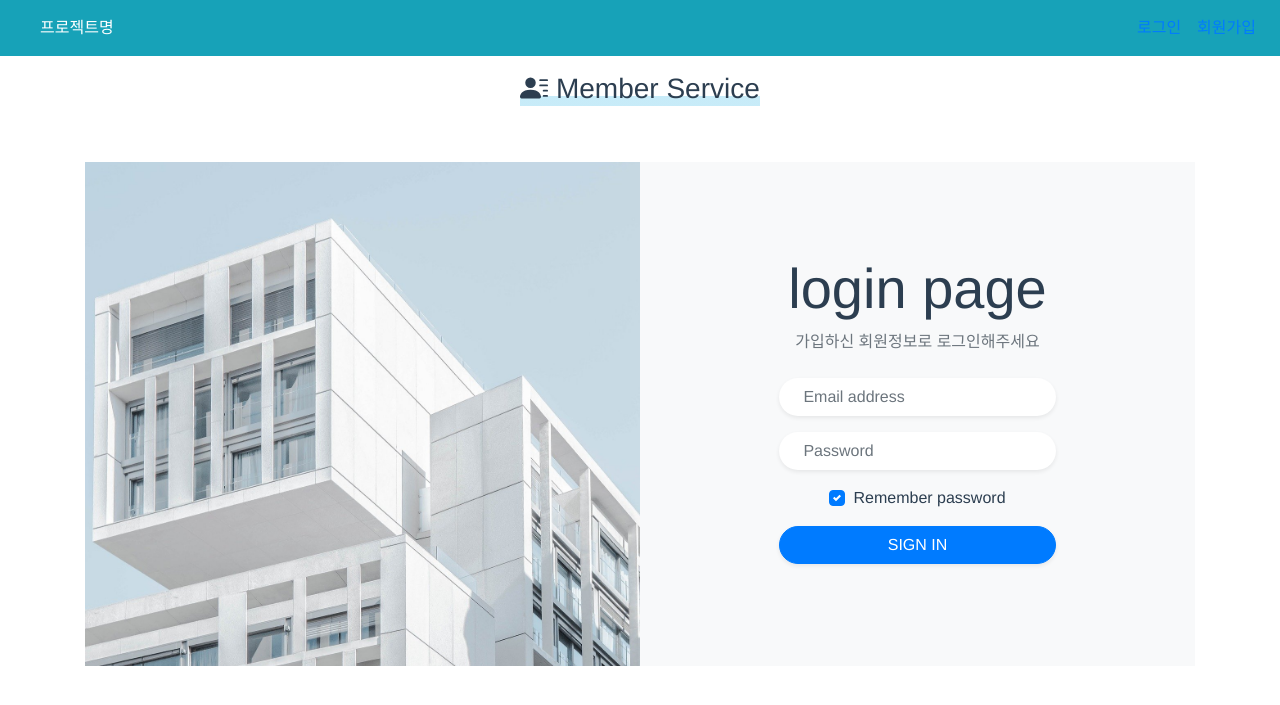
Repository: cheery72/Project_Real_estate
Page: /user/singin (app in frontend/)
The author's editor kept a copy of each file at every save. The page is drawn from the files as they stood at one save, then again after the next save.
The browser window is 1280 px wide. The pictures show the whole page.
The project was rebuilt for these pictures with package versions that can differ from the ones it lists, and the page was loaded fresh each time. Also part of the build but not shown: frontend/vue.config.js, frontend/src/components/user/child/MemberJoinForm.vue, frontend/src/components/user/MemberJoin.vue, frontend/src/components/user/child/MemberInfoForm.vue, frontend/src/components/user/MemberMyPage.vue, frontend/src/components/user/BookMarkListRow.vue, frontend/src/components/user/MemberMyBookmark.vue. Imported but missing from the stored project, and not drawn on this page: frontend/src/views/Home.vue.

Above is the page before, as saved 2021-11-25 11:14:22.

### frontend/src/main.js
import Vue from "vue";
import App from "./App.vue";
import router from "./router";
import store from "./store";
import { BootstrapVue, IconsPlugin } from "bootstrap-vue";
import memberStore from "@/store/modules/memberStore";
import "bootstrap/dist/css/bootstrap.css";
import "bootstrap-vue/dist/bootstrap-vue.css";

// Make BootstrapVue available throughout your project
Vue.use(BootstrapVue);
// Optionally install the BootstrapVue icon components plugin
Vue.use(IconsPlugin);

Vue.config.productionTip = false;

new Vue({
  router,
  store,
  async beforeCreate() {
    let token = sessionStorage.getItem("access-token");
    if (memberStore.state.userInfo == null && token) {
      await memberStore.dispatch("getUserInfo", token);
    }
  },

  render: (h) => h(App),
}).$mount("#app");

### frontend/src/App.vue
<template>
  <div id="app">
    <nav-bar />
    <router-view />
  </div>
</template>

<script>
import NavBar from "@/components/layout/NavBar.vue"

export default {
  components:{
    NavBar,
  }
}

</script>

<style>
#app {
  font-family: Avenir, Helvetica, Arial, sans-serif;
  -webkit-font-smoothing: antialiased;
  -moz-osx-font-smoothing: grayscale;
  text-align: center;
  color: #2c3e50;
}

#nav {
  padding: 30px;
}

#nav a {
  font-weight: bold;
  color: #2c3e50;
}

#nav a.router-link-exact-active {
  color: #42b983;
}
</style>

### frontend/src/router/index.js
import Vue from "vue";
import VueRouter from "vue-router";
import Home from "../views/Home.vue";

import Member from "@/views/Member.vue";
import MemberJoin from "@/components/user/MemberJoin.vue";
import MemberLogin from "@/components/user/MemberLogin.vue";

import MemberMyPage from "@/components/user/MemberMyPage.vue";
import MemberMyBookmark from "@/components/user/MemberMyBookmark.vue";
import store from "@/store/index.js";

// https://router.vuejs.org/kr/guide/advanced/navigation-guards.html
const onlyAuthUser = async (to, from, next) => {
  //어디로 갈건지, 이전, 다음페이지
  // console.log(store);
  const checkUserInfo = store.getters["memberStore/checkUserInfo"]; //checkUserInfo의 리턴값을 가져와라
  const getUserInfo = store._actions["memberStore/getUserInfo"]; //getUserInfo의 리턴값을 가져와라
  let token = sessionStorage.getItem("access-token");
  if (checkUserInfo == null && token) {
    await getUserInfo(token); //서버에 가서 정상적인 토큰인지 검사해라 .. 여기서 정상적인사람이면 서버가 UserInfo를 준다.
  }
  if (checkUserInfo === null) {
    //서버에 갔다왔는데도 null이면...
    alert("로그인이 필요한 페이지입니다..");
    // next({ name: "SignIn" });
    router.push({ name: "SignIn" });
  } else {
    //정상적인 사람이니까 다음페이지로 갈수 있도록 적용(밑에 beforeEnter붙은 것들)
    console.log("로그인 했다.");
    next();
  }
};


Vue.use(VueRouter);

const routes = [
  {
    path: "/",
    name: "Home",
    component: Home,
  },
  {
    path: "/user",
    name: "Member",
    component: Member,
    children: [
      {
        path: "singin",
        name: "SignIn",
        component: MemberLogin,
      },
      {
        path: "singup",
        name: "SignUp",
        component: MemberJoin,
      },
      {
        path: "mybookmark",
        name: "MyBookmark",
        component: MemberMyBookmark,
      },
      {
        path: "mypage",
        name: "MyPage",
        beforeEnter: onlyAuthUser,
        component: MemberMyPage,
      },
    ],
  },
];

const router = new VueRouter({
  mode: "history",
  base: process.env.BASE_URL,
  routes,
});

export default router;

### frontend/src/store/index.js
import Vue from "vue";
import Vuex from "vuex";
import http from "@/js/http-common.js";
import createPersistedState from "vuex-persistedstate";
import memberStore from "@/store/modules/memberStore.js";

Vue.use(Vuex);

export default new Vuex.Store({
  state: {
    sidos: [{ value: null, text: "선택하세요" }],
    guguns: [{ value: null, text: "선택하세요" }],
    dongs: [{ value: null, text: "선택하세요" }],
    apts: [],
    apt: null,
    positions: [],
    cctvs: [],
    dongName: null,
    subways: [],
    schools: [],
    // bookmark: null,
    // bookmarks: [],
  },
  mutations: {
    // 시도 리스트
    SET_SIDO_LIST(state, sidos) {
      sidos.forEach((sido) => {
        state.sidos.push({ value: sido.sidoCode, text: sido.sidoName });
      });
    },
    CLEAR_SIDO_LIST(state) {
      state.guguns = [{ value: null, text: "선택하세요" }];
    },
    // 구군 리스트
    SET_GUGUN_LIST(state, guguns) {
      guguns.forEach((gugun) => {
        state.guguns.push({ value: gugun.gugunCode, text: gugun.gugunName });
      });
    },
    CLEAR_GUGUN_LIST(state) {
      state.guguns = [{ value: null, text: "선택하세요" }];
    },
    // 동 리스트
    SET_DONG_LIST(state, dongs) {
      dongs.forEach((dong) => {
        state.dongs.push({
          value: [dong.dongCode, dong.dongName],
          text: dong.dongName,
        });
      });
    },
    CLEAR_DONG_LIST(state) {
      state.dongs = [{ value: null, text: "선택하세요" }];
    },
    // 해당 구,동 아파트 리스트
    SET_APT_LIST(state, apts) {
      state.apts = apts;
      state.dongName = apts[0].dongName;
    },
    CLEAR_APT_LIST(state) {
      state.positions = [];
    },
    // 아파트 선택시 세부사항
    SET_DETAIL_APT(state, apt) {
      state.apt = apt;
    },
    // cctv 정보
    SET_CCTV_LIST(state, cctv) {
      state.cctvs = cctv;
    },
    // 지하철 정보
    SET_SUBWAY_LIST(state, subway) {
      state.subways = subway;
    },
    // 학교 정보
    SET_SCHOOL_LIST(state, school) {
      state.schools = school;
    },
    // SET_DETAIL_BOOKMARK(state, apt) {
    //   state.bookmark = apt;

    // }
  },
  actions: {
    // 셀렉트바 시도 가져오기
    getSido({ commit }) {
      http
        .get(`/apt/sido`)
        .then((response) => {
          commit("SET_SIDO_LIST", response.data);
        })
        .catch((error) => {
          console.log(error);
        });
    },
    getGugun({ commit }, sidoCode) {
      const params = { sido: sidoCode };
      http
        .get(`/apt/gugun`, { params })
        .then((response) => {
          commit("SET_GUGUN_LIST", response.data);
        })
        .catch((error) => {
          console.log(error);
        });
    },
    getDong({ commit }, gugunCode) {
      const params = { gugun: gugunCode };
      http
        .get(`/apt/dongname`, { params })
        .then((response) => {
          commit("SET_DONG_LIST", response.data);
        })
        .catch((error) => {
          console.log(error);
        });
    },
    getAptList({ commit }, dongCode) {
      const params = { dong: dongCode };
      http
        .get(`/apt/aptinfo`, { params })
        .then((response) => {
          commit("SET_APT_LIST", response.data);
        })
        .catch((error) => {
          console.log(error);
        });
    },
    getCctvList({ commit }, dongName) {
      const params = { dong: dongName };
      http
        .get(`/cctv/cctvinfo`, { params })
        .then((response) => {
          commit("SET_CCTV_LIST", response.data);
        })
        .catch((error) => {
          console.log(error);
        });
    },
    getSubwayList({ commit }) {
      http
        .get(`/subway/subwayinfo`)
        .then((response) => {
          commit("SET_SUBWAY_LIST", response.data);
        })
        .catch((error) => {
          console.log(error);
        });
    },
    getSchoolList({ commit }, dongName) {
      const params = { dong: dongName };
      http
        .get(`/school/schoolinfo`, { params })
        .then((response) => {
          commit("SET_SCHOOL_LIST", response.data);
        })
        .catch((error) => {
          console.log(error);
        });
    },
    // detailBookmark({ commit }, apt) {
    //   commit("SET_DETAIL_BOOKMARK", apt)

    // }
  },
  modules: { memberStore },
  plugins: [
    createPersistedState({
      // 브라우저 종료시 제거하기 위해 localStorage가 아닌 sessionStorage로 변경. (default: localStorage)
      storage: sessionStorage,
    }),
  ],
});

### frontend/src/store/modules/memberStore.js
import jwt_decode from "jwt-decode";
import { login } from "@/api/member.js";
import { findById } from "@/api/member";
import http from "@/js/http-common.js";


const memberStore = {
  namespaced: true,
  state: {
    isLogin: false,
    isLoginError: false,
    userInfo: null,
    bookmark: [],
    bookmarks: [],
  },
  getters: {
    checkUserInfo: function (state) {
      return state.userInfo;
    },
  },
  mutations: {
    SET_IS_LOGIN: (state, isLogin) => {
      state.isLogin = isLogin;
    },
    SET_IS_LOGIN_ERROR: (state, isLoginError) => {
      state.isLoginError = isLoginError;
    },
    SET_USER_INFO: (state, userInfo) => {
      state.isLogin = true;
      state.userInfo = userInfo;
    },
    SET_BOOKMARK_LIST(state, apt){
      // 배열에 추가
      state.bookmark.push(apt);
    },
    SET_BOOKMARK_INFO(state, mark){
      // state.bookmarks = mark;
      state.bookmarks.push(mark);
    },
    SET_BOOKMARK_LIST_INFO(state, bookmarklist) {
      state.bookmarks = bookmarklist;
    }
  },
  actions: {
    async userConfirm({ commit }, user) {
      await login(
        user,
        (response) => {
          if (response.data.message === "success") {
            let token = response.data["access-token"];
            commit("SET_IS_LOGIN", true);
            commit("SET_IS_LOGIN_ERROR", false);
            sessionStorage.setItem("access-token", token);

          } else {
            commit("SET_IS_LOGIN", false);
            commit("SET_IS_LOGIN_ERROR", true);
          }
        },
        () => {}
      );
    },
    getUserInfo({ commit }, token) {
      let decode_token = jwt_decode(token);
      findById(
        decode_token.userid,
        (response) => {
          if (response.data.message === "success") {
            commit("SET_USER_INFO", response.data.userInfo);
          } else {
            console.log("유저 정보 없음!!");
          }
        },
        (error) => {
          console.log(error);
        }
      );
    },
    getBookmark({ commit }, mark) {//등록

      let decode_token = jwt_decode(sessionStorage.getItem("access-token"));

      const params = { bookmark: mark.aptCode, accesstoken: decode_token.userid };
      console.log("파라미터출력",params);

      http
      .post(`/bookmark/register`, params)
      .then((response) => {
        console.log("response출력");
        console.log(response.data);
        commit("SET_BOOKMARK_INFO", response.data);
      }).catch((error) => {
        console.log("에러출력");
        console.log(error);
      })
    },

    getBookmarkList({ commit }) {

      let decode_token = jwt_decode(sessionStorage.getItem("access-token"));
      const userid= decode_token.userid;

      http.get(`/bookmark/list/${userid}`).then(({ data }) => {

        console.log("북마크조회 결과", data);
        commit("SET_BOOKMARK_LIST_INFO", data.result);
         });

    }
  },
};

export default memberStore;

### frontend/src/components/layout/NavBar.vue
<template>
  <div>
  <b-navbar toggleable="lg" type="dark" variant="info">
    <b-navbar-brand href="#"></b-navbar-brand>

    <b-navbar-toggle target="nav-collapse"></b-navbar-toggle>

    <b-collapse id="nav-collapse" is-nav>
      <b-navbar-nav>
        <b-nav-item href="#"
            ><router-link :to="{ name: 'Home' }" class="link" style="color: white"
            >프로젝트명</router-link
            ></b-nav-item
          >
      </b-navbar-nav>

      <!-- Right aligned nav items -->
      <b-navbar-nav class="ml-auto" v-if="userInfo">
          <b-nav-item class="align-self-center"
            ><b-avatar
              variant="primary"
              v-text="userInfo ? userInfo.userid.charAt(0).toUpperCase() : ''"
            ></b-avatar
            >{{ userInfo.username }}({{ userInfo.userid }})님
            환영합니다.</b-nav-item
          >
          <b-nav-item class="align-self-center"
            ><router-link
              :to="{ name: 'MyPage' }"
              class="link align-self-center" style="color: white"
              >내정보보기</router-link
            ></b-nav-item
          >
           <b-nav-item href="#" class="link align-self-center"
            ><router-link :to="{ name: 'MyBookmark' }" class="link" style="color: white"
              >내관심지역</router-link
            ></b-nav-item
          >
          <b-nav-item
            class="link align-self-center"
            @click.prevent="onClickLogout"
            >로그아웃</b-nav-item
          >
        </b-navbar-nav>

        <!-- Right aligned nav items -->
        <b-navbar-nav class="ml-auto" v-else>
          <b-nav-item href="#"
            ><router-link :to="{ name: 'SignIn' }" class="link"
              >로그인</router-link
            ></b-nav-item
          >

          <b-nav-item href="#"
            ><router-link :to="{ name: 'SignUp' }" class="link"
              >회원가입</router-link
            ></b-nav-item
          >
        </b-navbar-nav>
    </b-collapse>
  </b-navbar>
</div>
</template>

<script>
import { mapState, mapMutations } from "vuex";

const memberStore = "memberStore";

export default {
  name: "NavBar",
  computed: {
    ...mapState(memberStore, ["isLogin", "userInfo"]),
  },
  methods: {
    ...mapMutations(memberStore, ["SET_IS_LOGIN", "SET_USER_INFO"]),
    onClickLogout() {
      this.SET_IS_LOGIN(false);
      this.SET_USER_INFO(null);
      sessionStorage.removeItem("access-token");
      if (this.$route.path != "/") this.$router.push({ name: "Home" });
    },
  },
};
</script>

<style>
a {
  color:azure;
}
</style>

### frontend/src/views/Member.vue
<template>
  <b-container class="bv-example-row mt-3 text-center">
    <h3 class="underline-steelblue">
      <b-icon icon="person-lines-fill"></b-icon> Member Service
    </h3>
    <router-view></router-view>
  </b-container>
</template>

<script>
export default {
  name: "Member",
};
</script>

<style scoped>
.underline-steelblue {
  display: inline-block;
  background: linear-gradient(
    180deg,
    rgba(255, 255, 255, 0) 70%,
    rgba(72, 190, 233, 0.3) 30%
  );
}
</style>

### frontend/src/components/user/MemberLogin.vue
<template>

 <div class="container-fluid">
   <br>
   <br>
    <div class="row no-gutter">
        <!-- The image half -->
        <div class="col-md-6 d-none d-md-flex bg-image"></div>


        <!-- The content half -->
        <div class="col-md-6 bg-light">
            <div class="login d-flex align-items-center py-5">

                <!-- Demo content-->
                <div class="container">
                    <div class="row">
                        <div class="col-lg-10 col-xl-7 mx-auto">
                            <h2 class="display-4">login page</h2>
                            <p class="text-muted mb-4">가입하신 회원정보로 로그인해주세요</p>
                            <form>
                                <div class="form-group mb-3">
                                    <input id="inputEmail" type="email" placeholder="Email address" required="" autofocus="" class="form-control rounded-pill border-0 shadow-sm px-4">
                                </div>
                                <div class="form-group mb-3">
                                    <input id="inputPassword" type="password" placeholder="Password" required="" class="form-control rounded-pill border-0 shadow-sm px-4 text-primary">
                                </div>
                                <div class="custom-control custom-checkbox mb-3">
                                    <input id="customCheck1" type="checkbox" checked class="custom-control-input">
                                    <label for="customCheck1" class="custom-control-label">Remember password</label>
                                </div>
                                <button type="submit" class="btn btn-primary btn-block text-uppercase mb-2 rounded-pill shadow-sm">Sign in</button>

                            </form>
                        </div>
                    </div>
                </div><!-- End -->

            </div>
        </div><!-- End -->

    </div>
</div>
</template>
<style>
.login,
.image {
  min-height: 70vh;
}

.bg-image {
  /* //background-image: url('https://therichpost.com/wp-content/uploads/2021/02/login-split.jpg'); */
  background-image: url("../../assets/apartment.jpg");
  background-size: cover;
  background-position: center center;
}
</style>



<script>
import { mapState, mapActions } from "vuex";

const memberStore = "memberStore";

export default {
  name: "MemberLogin",
  data() {
    return {
      user: {
        userid: null,
        userpwd: null,
      },
    };
  },
  computed: {
    ...mapState(memberStore, ["isLogin", "isLoginError"]),
  },
  methods: {
    ...mapActions(memberStore, ["userConfirm", "getUserInfo"]),
    async confirm() {
      await this.userConfirm(this.user);
      let token = sessionStorage.getItem("access-token");
      if (this.isLogin) {
        await this.getUserInfo(token);
        this.$router.push({ name: "Home" });
      }
    },
    movePage() {
      this.$router.push({ name: "SignUp" });
    },
  },
};
</script>

<style></style>

### frontend/src/api/member.js
import { apiInstance } from "./index.js";

const api = apiInstance();

async function login(user, success, fail) {
    await api
        .post(`/user/login`, JSON.stringify(user))
        .then(success)
        .catch(fail);
}

async function findById(userid, success, fail) {
    api.defaults.headers["access-token"] =
        sessionStorage.getItem("access-token");
    await api.get(`/user/info/${userid}`).then(success).catch(fail);
}
//회원가입
async function joinMember(user, success, fail) {
    await api
        .post(`/user/join`, JSON.stringify(user))
        .then(success)
        .catch(fail);
}

//아이디체크
async function checkId(userid, success, fail) {
    await api.get(`/user/idCheck/${userid}`).then(success).catch(fail);
}

//수정
async function modifyInfo(user, success, fail) {
    api.defaults.headers["access-token"] =
        sessionStorage.getItem("access-token");
    await api
        .put(`/user/${user.userId}`, JSON.stringify(user))
        .then(success)
        .catch(fail);
}

//삭제
async function deleteInfo(user, success, fail) {
    api.defaults.headers["access-token"] =
        sessionStorage.getItem("access-token");
    await api.delete(`/user/${user.userId}`).then(success).catch(fail);
}

export { login, findById, modifyInfo, deleteInfo, joinMember, checkId };

### frontend/src/api/index.js
import axios from "axios";
import { API_BASE_URL } from "@/config";

// axios 객체 생성
function apiInstance() {
    const instance = axios.create({
        baseURL: API_BASE_URL,
        headers: {
            "Content-type": "application/json",
        },
    });
    return instance;
}

export { apiInstance };

### frontend/src/config/index.js
const API_BASE_URL = "http://localhost:8080";
export { API_BASE_URL };

Loaded but not shown: frontend/public/index.html (common file); frontend/src/js/http-common.js (common file)

After the next save:
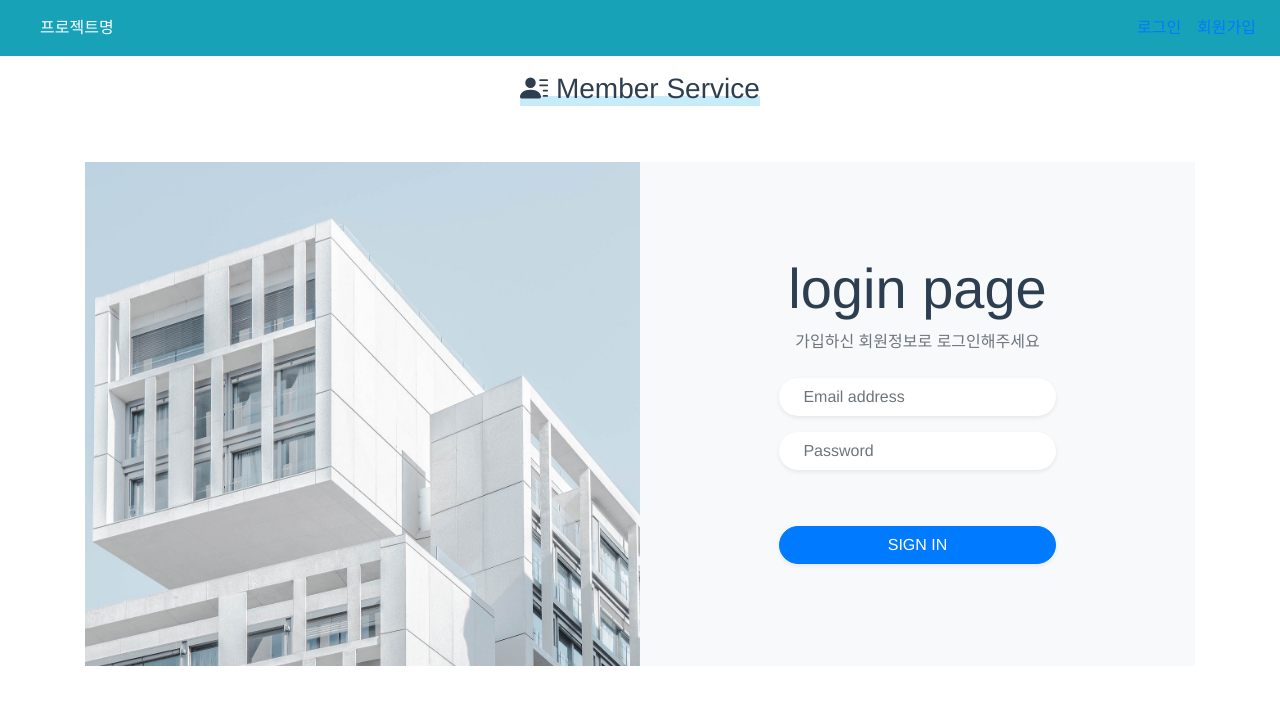
Saved 23 s later.
--- a/frontend/src/components/user/MemberLogin.vue
+++ b/frontend/src/components/user/MemberLogin.vue
@@ -27,7 +27,7 @@
                                 </div>
                                 <div class="custom-control custom-checkbox mb-3">
                                     <input id="customCheck1" type="checkbox" checked class="custom-control-input">
-                                    <label for="customCheck1" class="custom-control-label">Remember password</label>
+                                    <!-- <label for="customCheck1" class="custom-control-label">Remember password</label> -->
                                 </div>
                                 <button type="submit" class="btn btn-primary btn-block text-uppercase mb-2 rounded-pill shadow-sm">Sign in</button>
 
